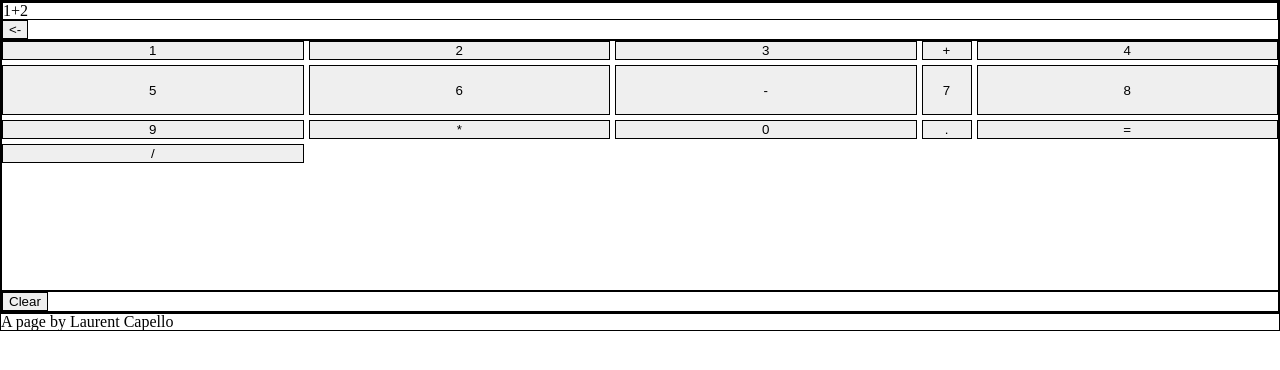
Repository: sokafootball/js-calculator
Page: index.html
These files come from the project's save history. The page is drawn as it stood at one moment and after a run of saves; the edit follows.
The browser window is 1280 px wide. The pictures show the whole page.

Above is the page before, as saved 2020-04-25 11:31:13.

After the next 2 saves:
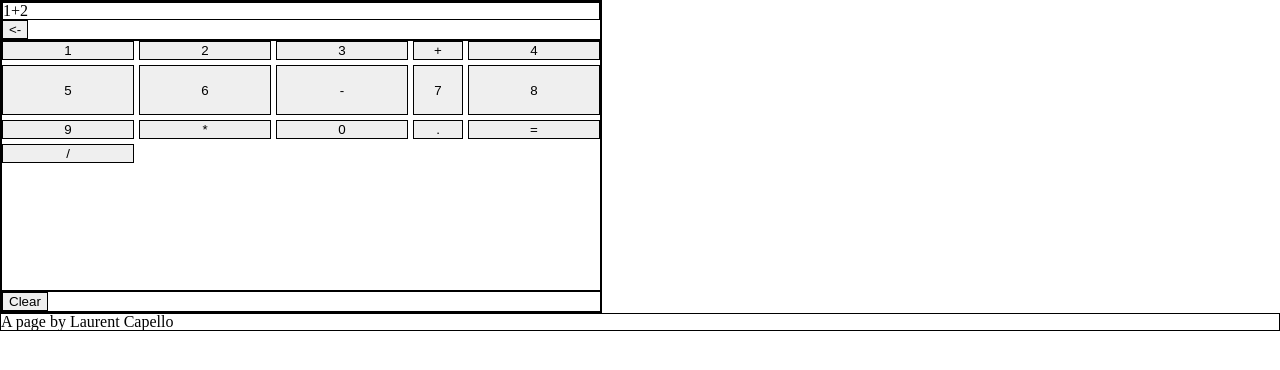
The 2 saves are shown as one change because they came seconds apart.
The last was saved 55 s later.
--- a/style.css
+++ b/style.css
@@ -4,6 +4,10 @@
 
 #display{
   grid-area: display;
+}
+
+#calculator{
+  width: 600px;
 }
 
 #calc-mid{
